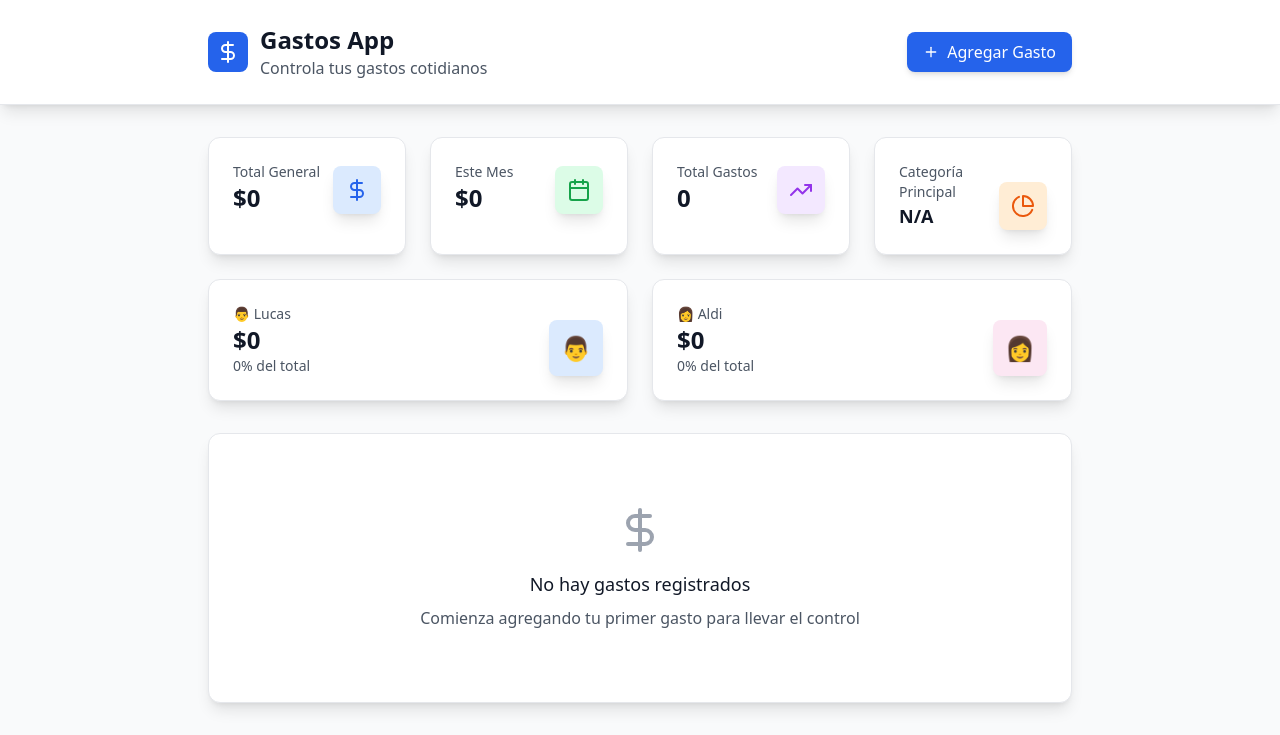
Repository: lucastenaglia/Gastosapp
Page: /
These files come from the project's save history. The page is drawn as it stood at one moment and after the next save; the edit follows.
The browser window is 1280 px wide. The pictures show the whole page.
The page's requests for data from a server got no answer. The project was rebuilt for these pictures with package versions that can differ from the ones it lists, and the page was loaded fresh each time. No one was signed in, and anything a server would have sent is missing. Also part of the build but not shown: vite.config.js, src/components/ExpenseForm.jsx.

Above is the page before, as saved 2025-08-03 21:35:55.

After the next save:
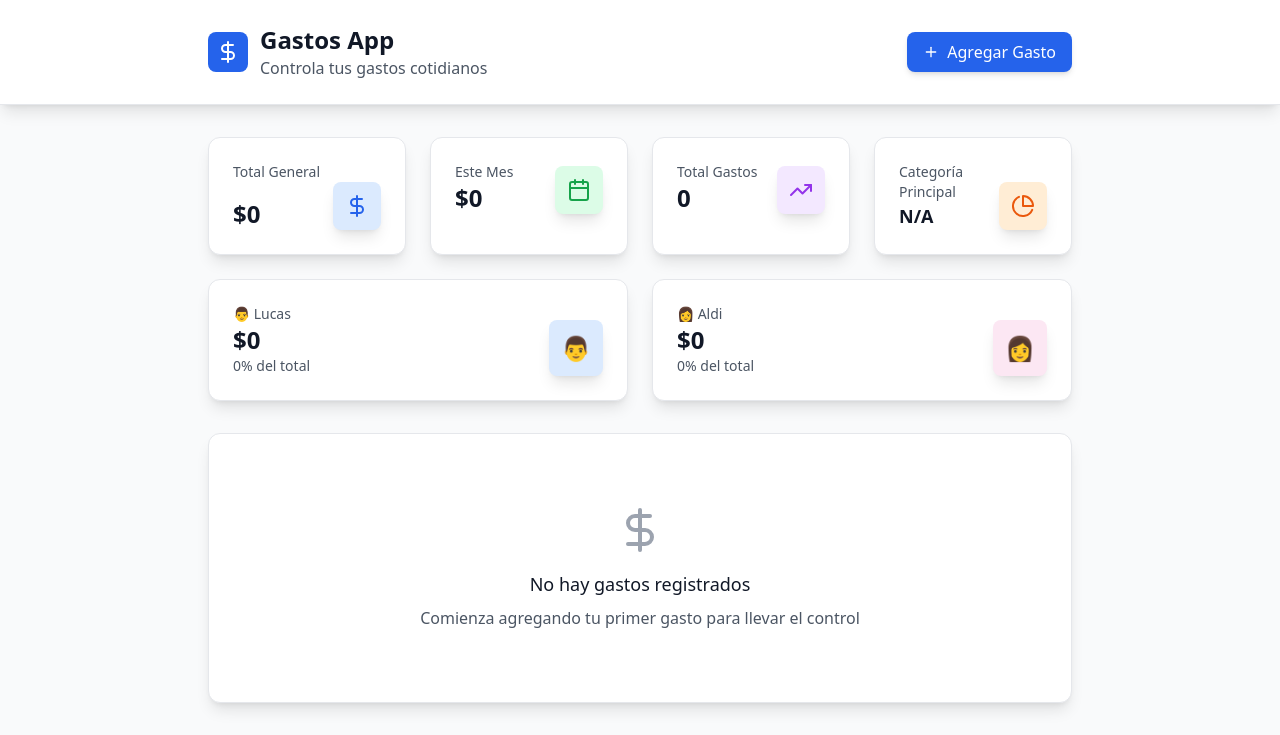
Saved 17 s later.
--- a/src/components/ExpenseSummary.jsx
+++ b/src/components/ExpenseSummary.jsx
@@ -41,15 +41,15 @@ const ExpenseSummary = ({ expenses }) => {
       <div className="grid grid-cols-2 lg:grid-cols-4 gap-3 sm:gap-6">
                  {/* Total General */}
          <div className="card relative p-4 sm:p-6">
-           <div className="flex items-end justify-between">
-             <div>
-               <p className="text-xs sm:text-sm font-medium text-gray-600">Total General</p>
+           <div>
+             <p className="text-xs sm:text-sm font-medium text-gray-600">Total General</p>
+             <div className="flex items-end justify-between">
                <p className="text-lg sm:text-2xl font-bold text-gray-900">
                  {formatCurrency(totalExpenses)}
                </p>
-             </div>
-             <div className="bg-blue-100 p-2 sm:p-3 rounded-lg shadow-lg">
-               <DollarSign className="h-4 w-4 sm:h-6 sm:w-6 text-blue-600" />
+               <div className="bg-blue-100 p-2 sm:p-3 rounded-lg shadow-lg">
+                 <DollarSign className="h-4 w-4 sm:h-6 sm:w-6 text-blue-600" />
+               </div>
              </div>
            </div>
          </div>
